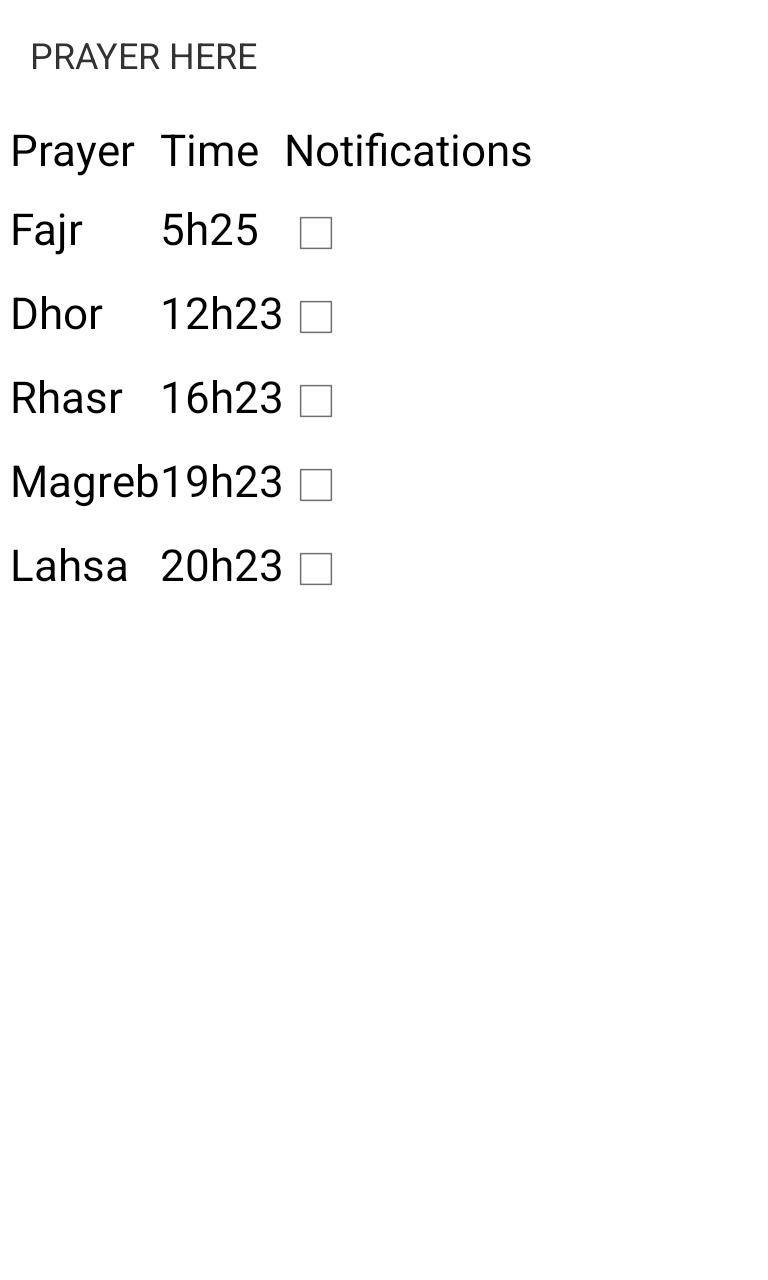
Repository: Osamah/Afstudeerwerk
Layout: NativeApp/SecondPillar/res/layout/activity_prayer.xml
These files come from the project's save history. The layout is drawn as it stood at one moment and after the next save; the edit follows.
It is drawn on a 768 x 1280 px phone screen (xhdpi) without system bars, with theme AppTheme; the app's code is not run.

Above is the layout before, as saved 2012-12-27 23:39:49.

### NativeApp/SecondPillar/res/layout/activity_prayer.xml
<?xml version="1.0" encoding="utf-8"?>
<LinearLayout
  xmlns:android="http://schemas.android.com/apk/res/android"
  android:orientation="vertical"
  android:layout_width="match_parent"
  android:layout_height="match_parent">

  <!-- Screen Design -->
  <TextView android:text="PRAYER HERE"
            android:padding="15dip"
            android:textSize="18dip"
            android:layout_width="fill_parent"
            android:layout_height="wrap_content"/>



  <TableLayout xmlns:android="http://schemas.android.com/apk/res/android"
    android:id="@+id/tblPrayer"
    android:layout_width="fill_parent"
    android:layout_height="fill_parent" >

  <!-- HEADER -->
 	<TableRow
        android:id="@+id/headerRow"
        android:layout_width="wrap_content"
        android:layout_height="wrap_content"
        android:padding="5dip" >

        <TextView
            android:id="@+id/headerCol1"
            android:text="@string/headerCol1"
            android:textAppearance="?android:attr/textAppearanceLarge" />

        <TextView
            android:id="@+id/headerCol2"
            android:text="@string/headerCol2"
            android:textAppearance="?android:attr/textAppearanceLarge" />

     	<TextView
            android:id="@+id/headerCol3"
            android:text="@string/headerCol3"
            android:textAppearance="?android:attr/textAppearanceLarge" />

  	</TableRow>

 	<!-- PRAYER 1 -->
    <TableRow
        android:id="@+id/fjarRow"
        android:layout_width="wrap_content"
        android:layout_height="wrap_content"
        android:padding="5dip" >

        <TextView
            android:id="@+id/prayer1"
            android:text="@string/prayer1"
            android:textAppearance="?android:attr/textAppearanceLarge" />

        <TextView
            android:id="@+id/prayerTime1"
            android:text="@string/prayerTime1"
            android:textAppearance="?android:attr/textAppearanceLarge" />

        <CheckBox
            android:id="@+id/prayerNotification1"
        />
  	</TableRow>

    <!-- PRAYER 2 -->
    <TableRow
        android:id="@+id/dhorRow"
        android:layout_width="wrap_content"
        android:layout_height="wrap_content"
        android:padding="5dip" >

        <TextView
            android:id="@+id/prayer2"
            android:text="Dhor"
            android:textAppearance="?android:attr/textAppearanceLarge" />

        <TextView
            android:id="@+id/prayerTime2"
            android:text="12h23"
            android:textAppearance="?android:attr/textAppearanceLarge" />

        <CheckBox
            android:id="@+id/prayerNotification2"
        />
  	</TableRow>

    <!-- PRAYER 3 -->
    <TableRow
        android:id="@+id/rhasrRow"
        android:layout_width="wrap_content"
        android:layout_height="wrap_content"
        android:padding="5dip" >

        <TextView
            android:id="@+id/prayer3"
            android:text="Rhasr"
            android:textAppearance="?android:attr/textAppearanceLarge" />

        <TextView
            android:id="@+id/prayerTime3"
            android:text="16h23"
            android:textAppearance="?android:attr/textAppearanceLarge" />

        <CheckBox
            android:id="@+id/prayerNotification3"
        />
  	</TableRow>

    <!-- PRAYER 4 -->
    <TableRow
        android:id="@+id/magrebRow"
        android:layout_width="wrap_content"
        android:layout_height="wrap_content"
        android:padding="5dip" >

        <TextView
            android:id="@+id/prayer4"
            android:text="Magreb"
            android:textAppearance="?android:attr/textAppearanceLarge" />

        <TextView
            android:id="@+id/prayerTime4"
            android:text="19h23"
            android:textAppearance="?android:attr/textAppearanceLarge" />

        <CheckBox
            android:id="@+id/prayerNotification4"
        />
  	</TableRow>


    <!-- PRAYER 5 -->
    <TableRow
        android:id="@+id/lahsaRow"
        android:layout_width="wrap_content"
        android:layout_height="wrap_content"
        android:padding="5dip" >

        <TextView
            android:id="@+id/prayer5"
            android:text="Lahsa"
            android:textAppearance="?android:attr/textAppearanceLarge" />

        <TextView
            android:id="@+id/prayerTime5"
            android:text="20h23"
            android:textAppearance="?android:attr/textAppearanceLarge" />

        <CheckBox
            android:id="@+id/prayerNotification5"
        />
  	</TableRow>
    </TableLayout>


</LinearLayout>

### NativeApp/SecondPillar/res/values/strings.xml
<?xml version="1.0" encoding="utf-8"?>
<resources>

    <string name="app_name">Second Pillar</string>
    <string name="edit_message">Enter a message</string>
    <string name="button_send">Send</string>
    <string name="menu_settings">Settings</string>
    <string name="favorite">MyFavorite String</string>
    <string name="menu_search">Search</string>



    <string name="headerCol1">Prayer</string>
    <string name="headerCol2">Time</string>
    <string name="headerCol3">Notifications</string>

    <string name="prayer1">Fajr</string>
    <string name="prayer2">Dhor</string>
    <string name="prayer3">Rhasr</string>
    <string name="prayer4">Magreb</string>
    <string name="prayer5">Lahsa</string>

    <string name="prayerTime1">5h25</string>
    <string name="prayerTime2">12h30</string>
    <string name="prayerTime3">15h37</string>
    <string name="prayerTime4">18h48</string>
    <string name="prayerTime5">21h00</string>

</resources>

Loaded but not shown: NativeApp/SecondPillar/res/values/styles.xml (common file); NativeApp/SecondPillar/res/values-v11/styles.xml (common file); NativeApp/SecondPillar/res/values-v14/styles.xml (common file)

After the next save:
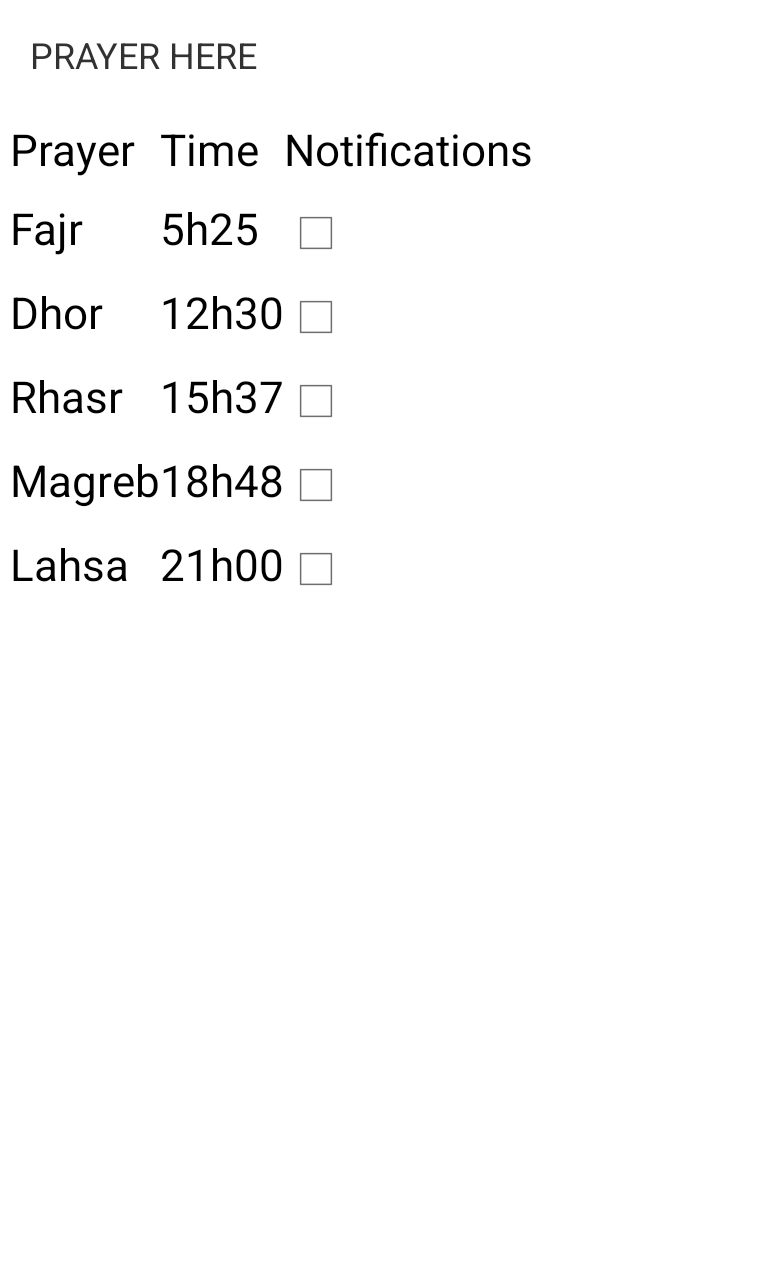
Saved 103 s later.
--- a/NativeApp/SecondPillar/res/layout/activity_prayer.xml
+++ b/NativeApp/SecondPillar/res/layout/activity_prayer.xml
@@ -72,14 +72,14 @@
         android:layout_height="wrap_content"
         android:padding="5dip" >
 
-        <TextView
+       <TextView
             android:id="@+id/prayer2"
-            android:text="Dhor"
+            android:text="@string/prayer2"
             android:textAppearance="?android:attr/textAppearanceLarge" />
 
         <TextView
             android:id="@+id/prayerTime2"
-            android:text="12h23"
+            android:text="@string/prayerTime2"
             android:textAppearance="?android:attr/textAppearanceLarge" />
 
         <CheckBox
@@ -94,14 +94,14 @@
         android:layout_height="wrap_content"
         android:padding="5dip" >
 
-        <TextView
+       <TextView
             android:id="@+id/prayer3"
-            android:text="Rhasr"
+            android:text="@string/prayer3"
             android:textAppearance="?android:attr/textAppearanceLarge" />
 
         <TextView
             android:id="@+id/prayerTime3"
-            android:text="16h23"
+            android:text="@string/prayerTime3"
             android:textAppearance="?android:attr/textAppearanceLarge" />
 
         <CheckBox
@@ -118,12 +118,12 @@
 
         <TextView
             android:id="@+id/prayer4"
-            android:text="Magreb"
+            android:text="@string/prayer4"
             android:textAppearance="?android:attr/textAppearanceLarge" />
 
         <TextView
             android:id="@+id/prayerTime4"
-            android:text="19h23"
+            android:text="@string/prayerTime4"
             android:textAppearance="?android:attr/textAppearanceLarge" />
 
         <CheckBox
@@ -139,14 +139,14 @@
         android:layout_height="wrap_content"
         android:padding="5dip" >
 
-        <TextView
+  		 <TextView
             android:id="@+id/prayer5"
-            android:text="Lahsa"
+            android:text="@string/prayer5"
             android:textAppearance="?android:attr/textAppearanceLarge" />
 
         <TextView
             android:id="@+id/prayerTime5"
-            android:text="20h23"
+            android:text="@string/prayerTime5"
             android:textAppearance="?android:attr/textAppearanceLarge" />
 
         <CheckBox
